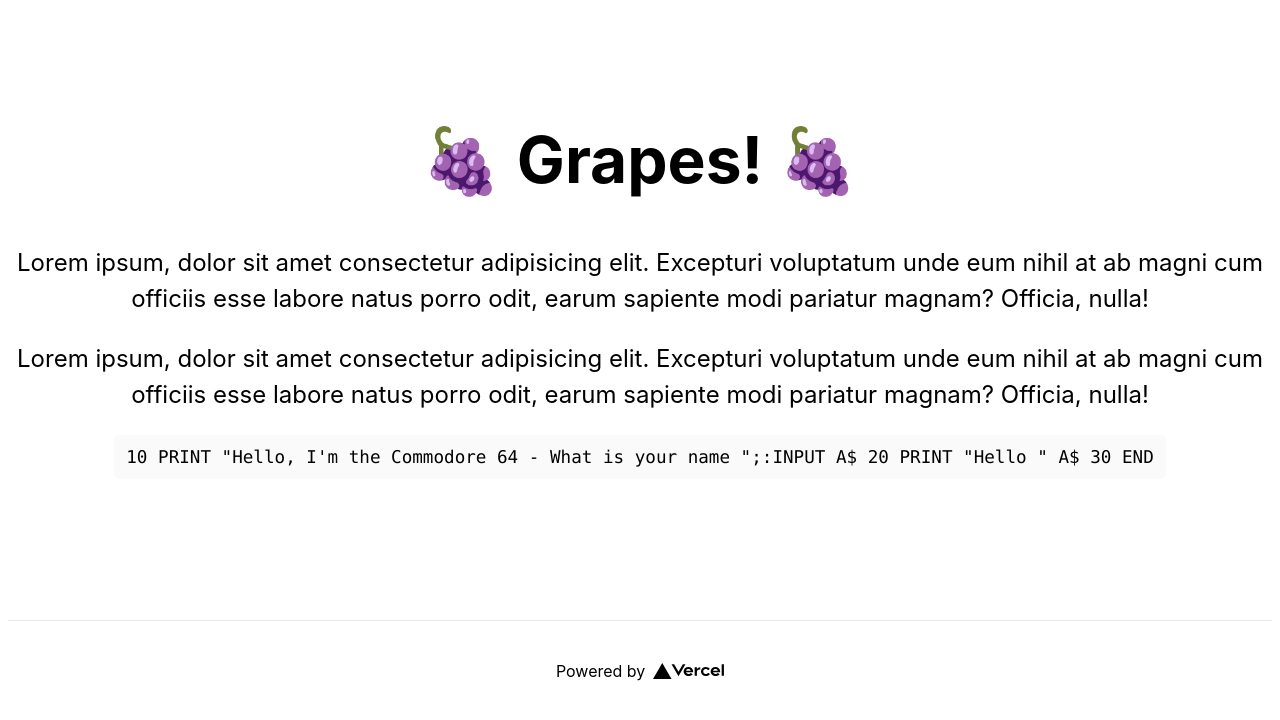
Repository: technogize/next-test-site
Page: /
An editor plug-in stored every save of this project. The page is shown before and after the next save, followed by the edit.
The browser window is 1280 px wide. The pictures show the whole page.
The project was rebuilt for these pictures with package versions that can differ from the ones it lists, and the page was loaded fresh each time. The framework's server and built-in components were replaced by stand-ins that run in the browser.

Above is the page before, as saved 2021-10-02 08:45:48.

### pages/index.js
import Head from 'next/head'
import styles from '../styles/Home.module.css'

export default function Home() {
  return (
    <div className={styles.container}>
      <Head>
        <title>Home 🍇 Mo's Next Site</title>
        <link rel="icon" href="/favicon.ico" />
      </Head>

      <main className={styles.main}>
        <h1 className={styles.title}>
          🍇 Grapes! 🍇
        </h1>

        <p className={styles.description}>
          <p>Lorem ipsum, dolor sit amet consectetur adipisicing elit. Excepturi voluptatum unde eum nihil at ab magni cum officiis esse labore natus porro odit, earum sapiente modi pariatur magnam? Officia, nulla!</p>
          <p>Lorem ipsum, dolor sit amet consectetur adipisicing elit. Excepturi voluptatum unde eum nihil at ab magni cum officiis esse labore natus porro odit, earum sapiente modi pariatur magnam? Officia, nulla!</p>
          <code className={styles.code}>
            10 PRINT "Hello, I'm the Commodore 64 - What is your name ";:INPUT A$
            20 PRINT "Hello " A$
            30 END
          </code>
        </p>

      </main>

      <footer className={styles.footer}>
        <a
          href="https://vercel.com?utm_source=create-next-app&utm_medium=default-template&utm_campaign=create-next-app"
          target="_blank"
          rel="noopener noreferrer"
        >
          Powered by{' '}
          <img src="/vercel.svg" alt="Vercel Logo" className={styles.logo} />
        </a>
      </footer>
    </div>
  )
}

Loaded but not shown: pages/_app.js (common file); styles/globals.css (common file); styles/Home.module.css (common file)

After the next save:
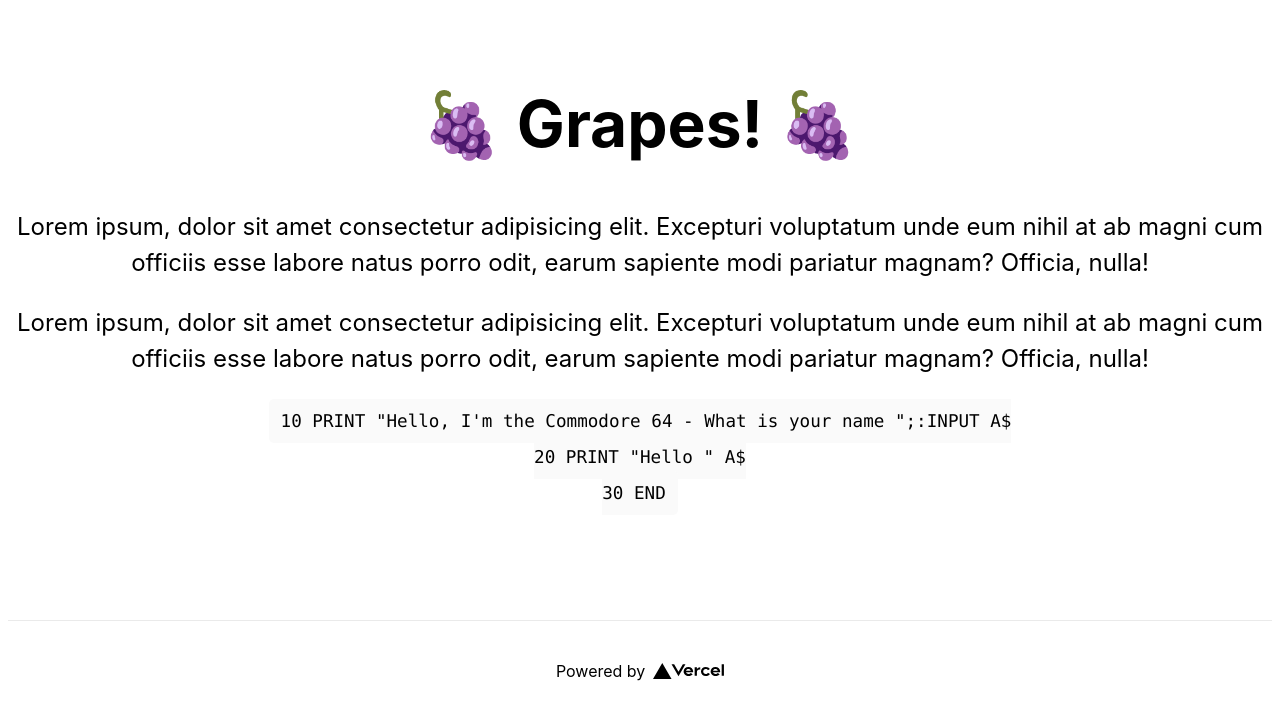
Saved 9 s later.
--- a/pages/index.js
+++ b/pages/index.js
@@ -18,8 +18,8 @@ export default function Home() {
           <p>Lorem ipsum, dolor sit amet consectetur adipisicing elit. Excepturi voluptatum unde eum nihil at ab magni cum officiis esse labore natus porro odit, earum sapiente modi pariatur magnam? Officia, nulla!</p>
           <p>Lorem ipsum, dolor sit amet consectetur adipisicing elit. Excepturi voluptatum unde eum nihil at ab magni cum officiis esse labore natus porro odit, earum sapiente modi pariatur magnam? Officia, nulla!</p>
           <code className={styles.code}>
-            10 PRINT "Hello, I'm the Commodore 64 - What is your name ";:INPUT A$
-            20 PRINT "Hello " A$
+            10 PRINT "Hello, I'm the Commodore 64 - What is your name ";:INPUT A$ <br />
+            20 PRINT "Hello " A$<br />
             30 END
           </code>
         </p>
